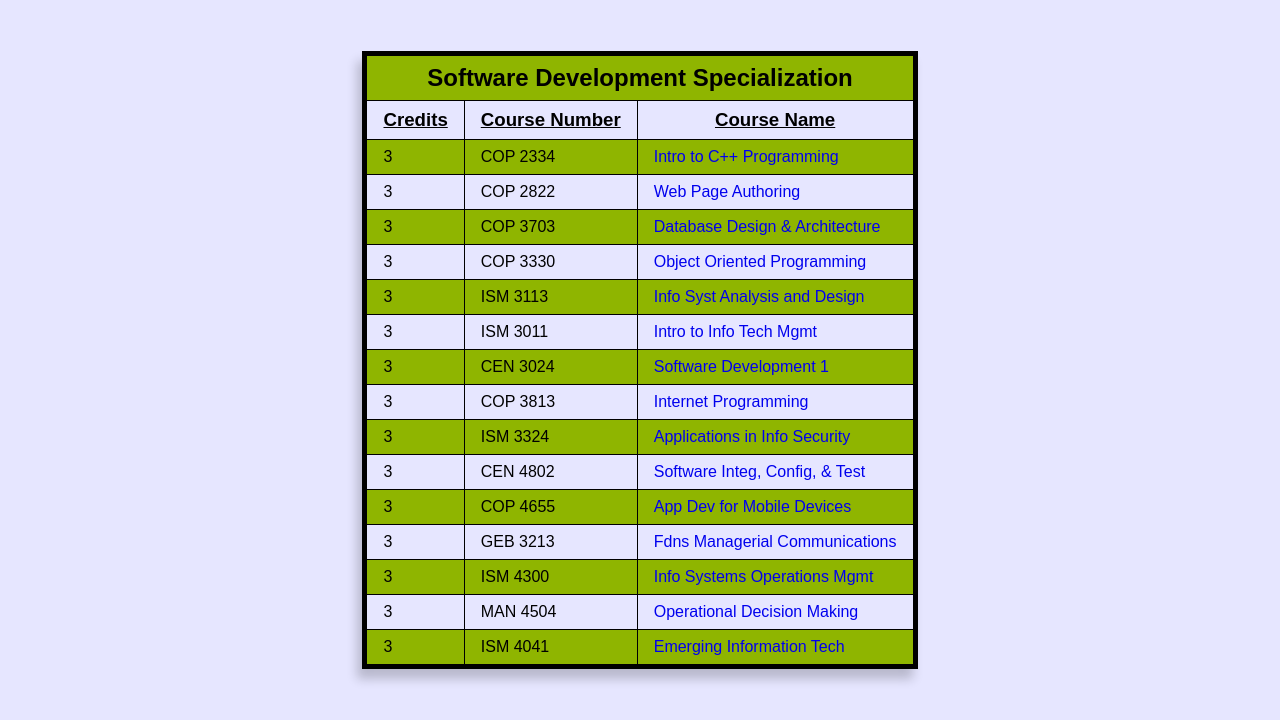
Repository: mlmEFSC21/P5-DegreeTableStyling
Page: FormattedProgramSpecialization3.html
An editor plug-in stored every save of this project. The page is shown before and after the next save, followed by the edit.
The browser window is 1280 px wide. The pictures show the whole page.
Some web fonts or font styles are not loaded; a fallback is used.

Above is the page before, as saved 2022-02-07 15:54:52.

### FormattedProgramSpecialization3.html
<!DOCTYPE html>
<html lang="en">
    <head>
        <meta charset="UTF-8" />
        <meta http-equiv="X-UA-Compatible" content="IE=edge" />
        <meta name="viewport" content="width=device-width, initial-scale=1.0" />
        <link rel="stylesheet" href="tableStyles.css" />
        <title>Degree Specialization Table</title>
    </head>
    <body>
        <table>
            <thead>
                <tr class="tableTitle">
                    <th colspan="3">Software Development Specialization</th>
                </tr>
                <tr class="colTitles">
                    <th>Credits</th>
                    <th>Course Number</th>
                    <th>Course Name</th>
                </tr>
            </thead>
            <tbody>
                <tr>
                    <td>3</td>
                    <td>COP 2334</td>
                    <td>
                        <a
                            href="https://bannerweb.easternflorida.edu/prod/bwckctlg.p_disp_course_detail?cat_term_in=202210&subj_code_in=COP&crse_numb_in=2334"
                            >Intro to C++ Programming</a
                        >
                    </td>
                </tr>
                <tr>
                    <td>3</td>
                    <td>COP 2822</td>
                    <td>
                        <a
                            href="https://bannerweb.easternflorida.edu/prod/bwckctlg.p_disp_course_detail?cat_term_in=202210&subj_code_in=COP&crse_numb_in=2822"
                            >Web Page Authoring</a
                        >
                    </td>
                </tr>
                <tr>
                    <td>3</td>
                    <td>COP 3703</td>
                    <td>
                        <a
                            href="https://bannerweb.easternflorida.edu/prod/bwckctlg.p_disp_course_detail?cat_term_in=202210&subj_code_in=COP&crse_numb_in=3703"
                            >Database Design & Architecture</a
                        >
                    </td>
                </tr>
                <tr>
                    <td>3</td>
                    <td>COP 3330</td>
                    <td>
                        <a
                            href="https://bannerweb.easternflorida.edu/prod/bwckctlg.p_disp_course_detail?cat_term_in=202210&subj_code_in=COP&crse_numb_in=3330"
                            >Object Oriented Programming</a
                        >
                    </td>
                </tr>
                <tr>
                    <td>3</td>
                    <td>ISM 3113</td>
                    <td>
                        <a
                            href="https://bannerweb.easternflorida.edu/prod/bwckctlg.p_disp_course_detail?cat_term_in=202210&subj_code_in=ISM&crse_numb_in=3113"
                            >Info Syst Analysis and Design</a
                        >
                    </td>
                </tr>
                <tr>
                    <td>3</td>
                    <td>ISM 3011</td>
                    <td>
                        <a
                            href="https://bannerweb.easternflorida.edu/prod/bwckctlg.p_disp_course_detail?cat_term_in=202210&subj_code_in=ISM&crse_numb_in=3011"
                            >Intro to Info Tech Mgmt</a
                        >
                    </td>
                </tr>
                <tr>
                    <td>3</td>
                    <td>CEN 3024</td>
                    <td>
                        <a
                            href="https://bannerweb.easternflorida.edu/prod/bwckctlg.p_disp_course_detail?cat_term_in=202210&subj_code_in=CEN&crse_numb_in=3024"
                            >Software Development 1</a
                        >
                    </td>
                </tr>
                <tr>
                    <td>3</td>
                    <td>COP 3813</td>
                    <td>
                        <a
                            href="https://bannerweb.easternflorida.edu/prod/bwckctlg.p_disp_course_detail?cat_term_in=202210&subj_code_in=COP&crse_numb_in=3813"
                            >Internet Programming</a
                        >
                    </td>
                </tr>
                <tr>
                    <td>3</td>
                    <td>ISM 3324</td>
                    <td>
                        <a
                            href="https://bannerweb.easternflorida.edu/prod/bwckctlg.p_disp_course_detail?cat_term_in=202210&subj_code_in=ISM&crse_numb_in=3324"
                            >Applications in Info Security</a
                        >
                    </td>
                </tr>
                <tr>
                    <td>3</td>
                    <td>CEN 4802</td>
                    <td>
                        <a
                            href="https://bannerweb.easternflorida.edu/prod/bwckctlg.p_disp_course_detail?cat_term_in=202210&subj_code_in=CEN&crse_numb_in=4802"
                            >Software Integ, Config, & Test</a
                        >
                    </td>
                </tr>
                <tr>
                    <td>3</td>
                    <td>COP 4655</td>
                    <td>
                        <a
                            href="https://bannerweb.easternflorida.edu/prod/bwckctlg.p_disp_course_detail?cat_term_in=202210&subj_code_in=COP&crse_numb_in=4655"
                            >App Dev for Mobile Devices</a
                        >
                    </td>
                </tr>
                <tr>
                    <td>3</td>
                    <td>GEB 3213</td>
                    <td>
                        <a
                            href="https://bannerweb.easternflorida.edu/prod/bwckctlg.p_disp_course_detail?cat_term_in=202210&subj_code_in=GEB&crse_numb_in=3213"
                            >Fdns Managerial Communications</a
                        >
                    </td>
                </tr>
                <tr>
                    <td>3</td>
                    <td>ISM 4300</td>
                    <td>
                        <a
                            href="https://bannerweb.easternflorida.edu/prod/bwckctlg.p_disp_course_detail?cat_term_in=202210&subj_code_in=ISM&crse_numb_in=4300"
                            >Info Systems Operations Mgmt</a
                        >
                    </td>
                </tr>
                <tr>
                    <td>3</td>
                    <td>MAN 4504</td>
                    <td>
                        <a
                            href="https://bannerweb.easternflorida.edu/prod/bwckctlg.p_disp_course_detail?cat_term_in=202210&subj_code_in=MAN&crse_numb_in=4504"
                            >Operational Decision Making</a
                        >
                    </td>
                </tr>
                <tr>
                    <td>3</td>
                    <td>ISM 4041</td>
                    <td>
                        <a
                            href="https://bannerweb.easternflorida.edu/prod/bwckctlg.p_disp_course_detail?cat_term_in=202210&subj_code_in=ISM&crse_numb_in=4041"
                            >Emerging Information Tech</a
                        >
                    </td>
                </tr>
            </tbody>
        </table>
    </body>
</html>

### tableStyles.css
@import url("https://fonts.googleapis.com/css2?family=Spectral:wght@400&display=swap");

:root {
    --clr-prime: #003c5e;
    --clr-second: #1a2028;
    --clr-accent: #8fb500;
    --clr-font-prime: #5b8ead;
    --clr-font-second: black;
    --clr-background: #e6e6ff;
}
*,
*::before,
*::after {
    margin: 0;
    padding: 0;
    box-sizing: border-box;
}
body {
    font-family: Spectral, sans-serif;
    height: 100vh;
    display: grid;
    align-items: center;
    justify-content: center;
    background-color: var(--clr-background);
}
/* border added here */
table {
    border-collapse: collapse;
    box-shadow: -5px 10px 10px rgba(0, 0, 0, 0.2);
    border: 5px solid black;
    padding: 0.25rem;
}
/* centered text of first to rows (table header) */
thead {
    text-align: center;
}
/* used two classes to change the sizes, decorations, etc. */
.tableTitle {
    font-size: 18pt;
    font-weight: bold;
    text-align: center;
}
.colTitles {
    font-size: 14pt;
    text-decoration: underline;
}
th {
    border: 1px solid black;
    padding: 0.5rem 1rem;
}
/* added the font size and text alignment for the row data here */
td {
    border: 1px solid black;
    padding: 0.5rem 1rem;
    font-size: 12pt;
    text-align: left;
}
tr:nth-child(odd) {
    background-color: var(--clr-accent);
}
a {
    text-decoration: none;
}
a:hover {
    color: var(--clr-prime);
    text-decoration: underline;
}

After the next save:
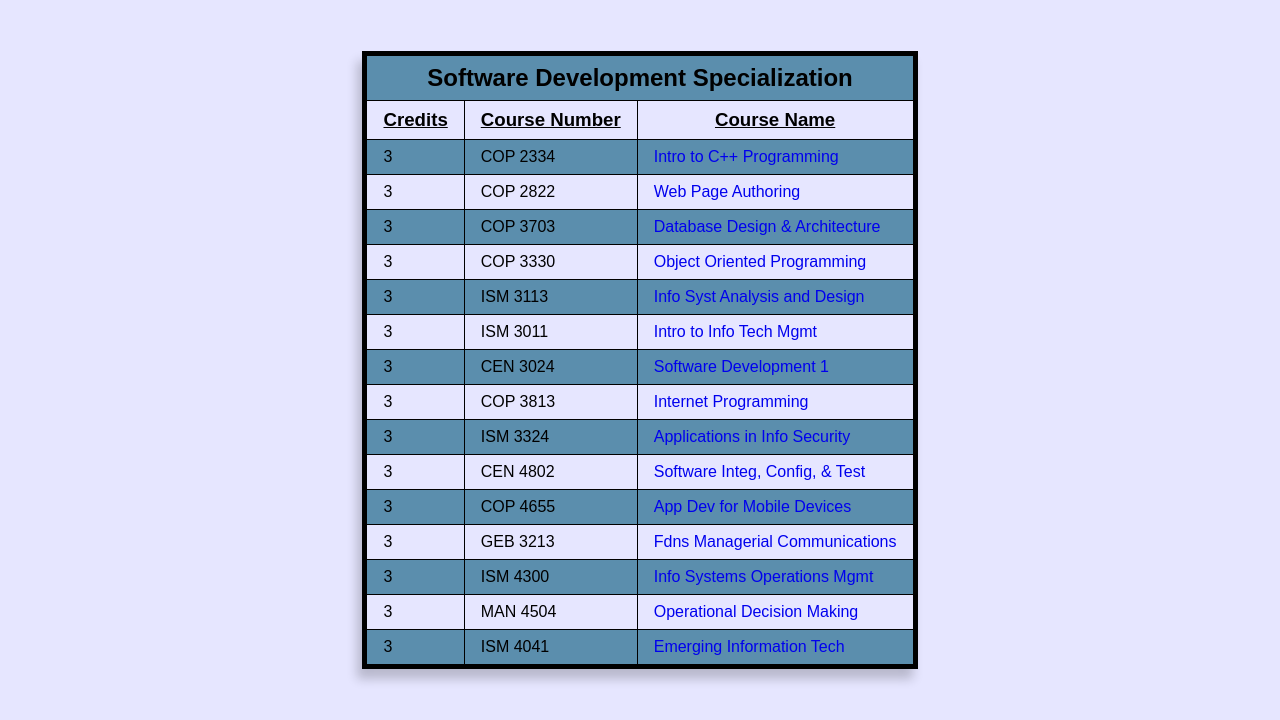
Saved 20 s later.
--- a/tableStyles.css
+++ b/tableStyles.css
@@ -56,7 +56,7 @@ td {
     text-align: left;
 }
 tr:nth-child(odd) {
-    background-color: var(--clr-accent);
+    background-color: var(--clr-font-prime);
 }
 a {
     text-decoration: none;
